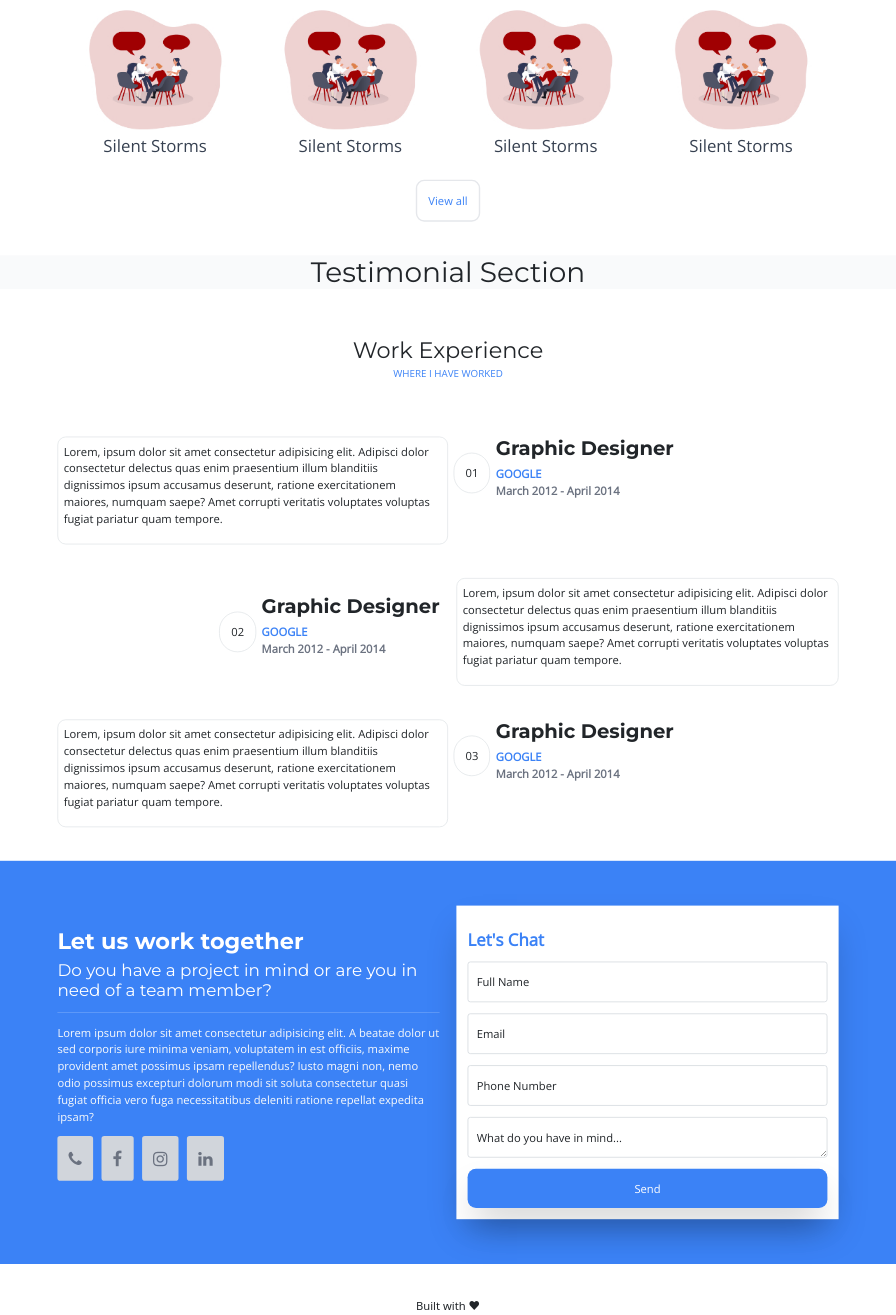
Repository: latenightsnacc/giggles
Page: HTML/freelancer.html
An editor plug-in stored every save of this project. The page is shown before and after the next save, followed by the edit.
The browser window is 1280 px wide. The pictures show the part of the page from y = 1794 to 3714 px (the page is 3672 px tall before and 3714 px after), at 70% of full size.
Some web libraries are served in a nearby version.

Above is the page before, as saved 2021-01-03 19:41:45.

After the next save:
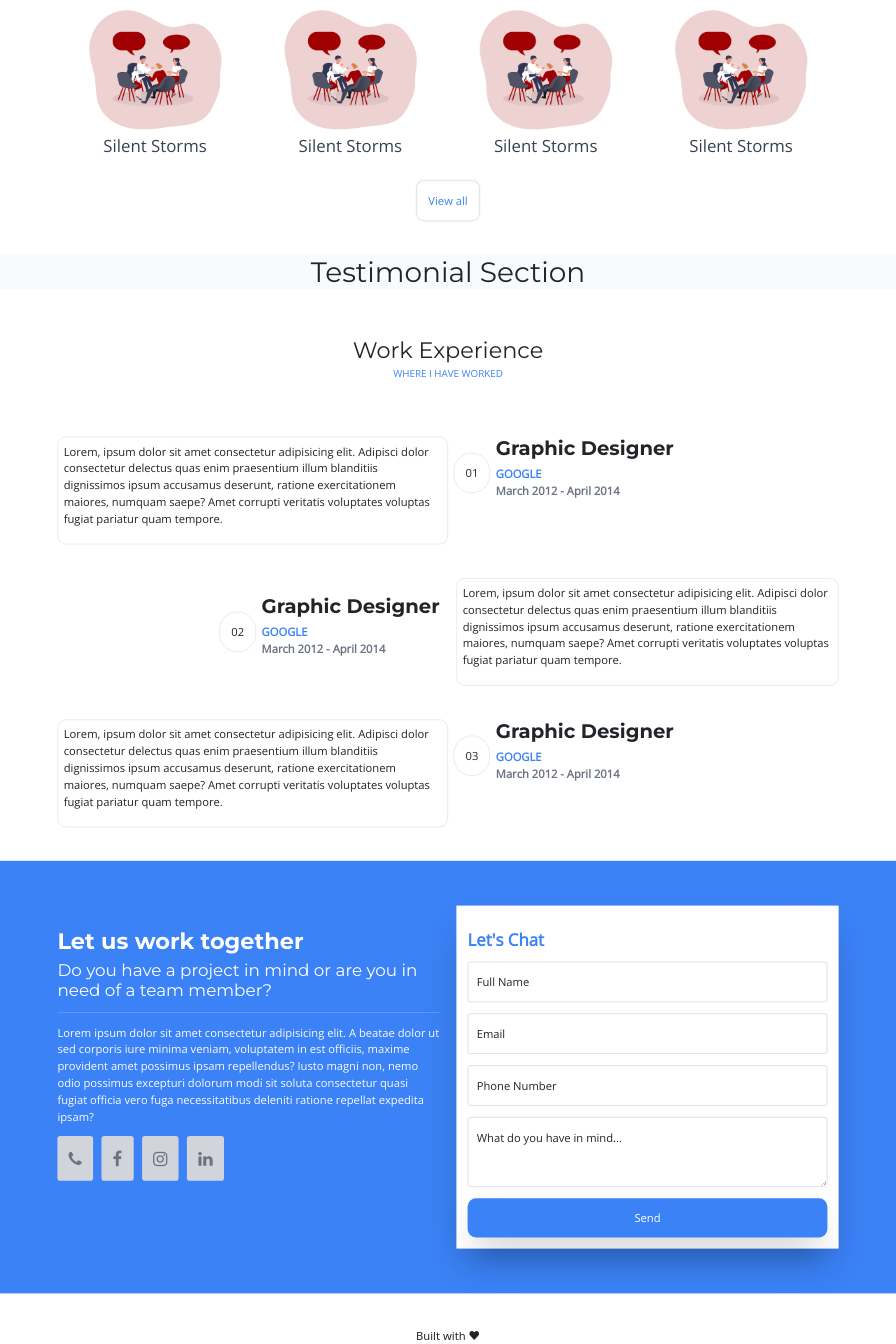
Saved 2 min 2 s later.
--- a/HTML/freelancer.html
+++ b/HTML/freelancer.html
@@ -346,7 +346,7 @@
                                 <label for="floatingPhone">Phone Number</label>
                             </div>
                             <div class="form-floating mb-3">
-                                <textarea  class="form-control"  id="floatingTextBox" placeholder="Talk to me" rows="10" cols="10"></textarea>
+                                <textarea  class="form-control"  id="floatingTextArea" placeholder="Talk to me" style="height: 100px"></textarea>
                                 <label for="floatingPassword">What do you have in mind...</label>
                             </div>
                             <div>
